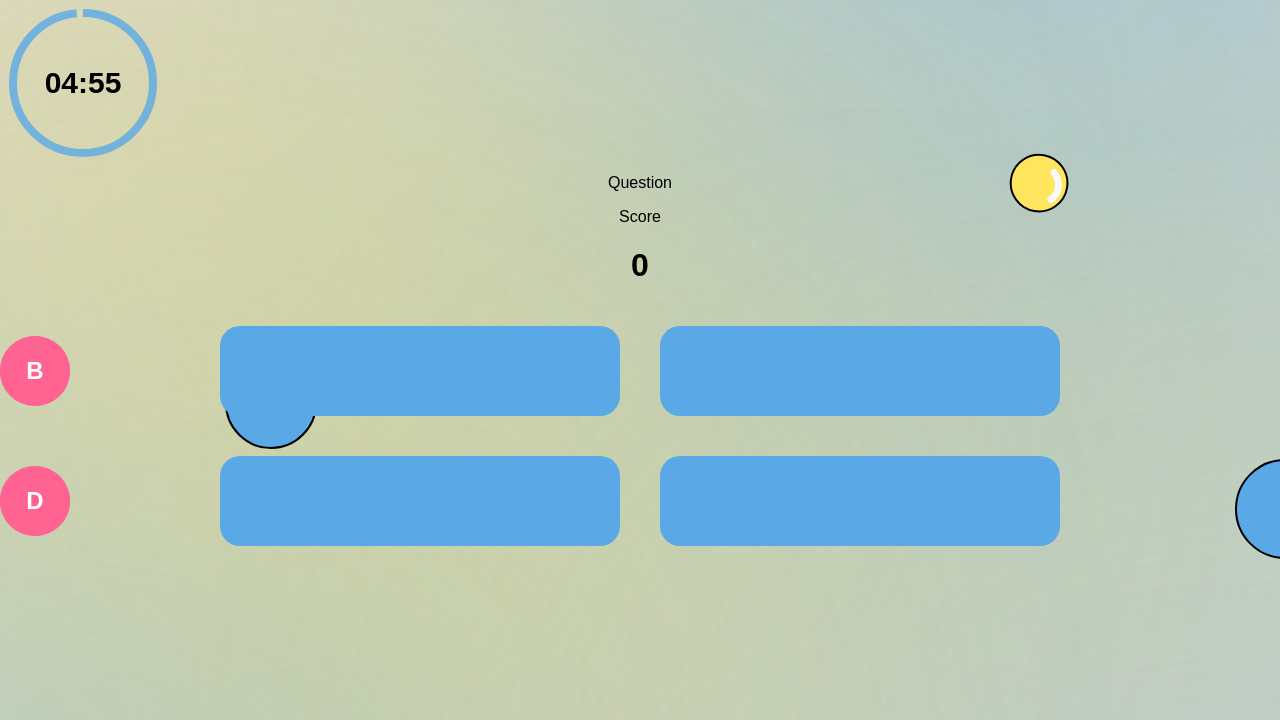
Repository: sierralaurent/SmartiePants
Page: quiz.html
These files come from the project's save history. The page is drawn as it stood at one moment and after a run of saves; the edit follows.
The browser window is 1280 px wide. The pictures show the whole page.
The page's requests for data from a server got no answer.

Above is the page before, as saved 2023-05-16 21:58:52.

After the next 2 saves:
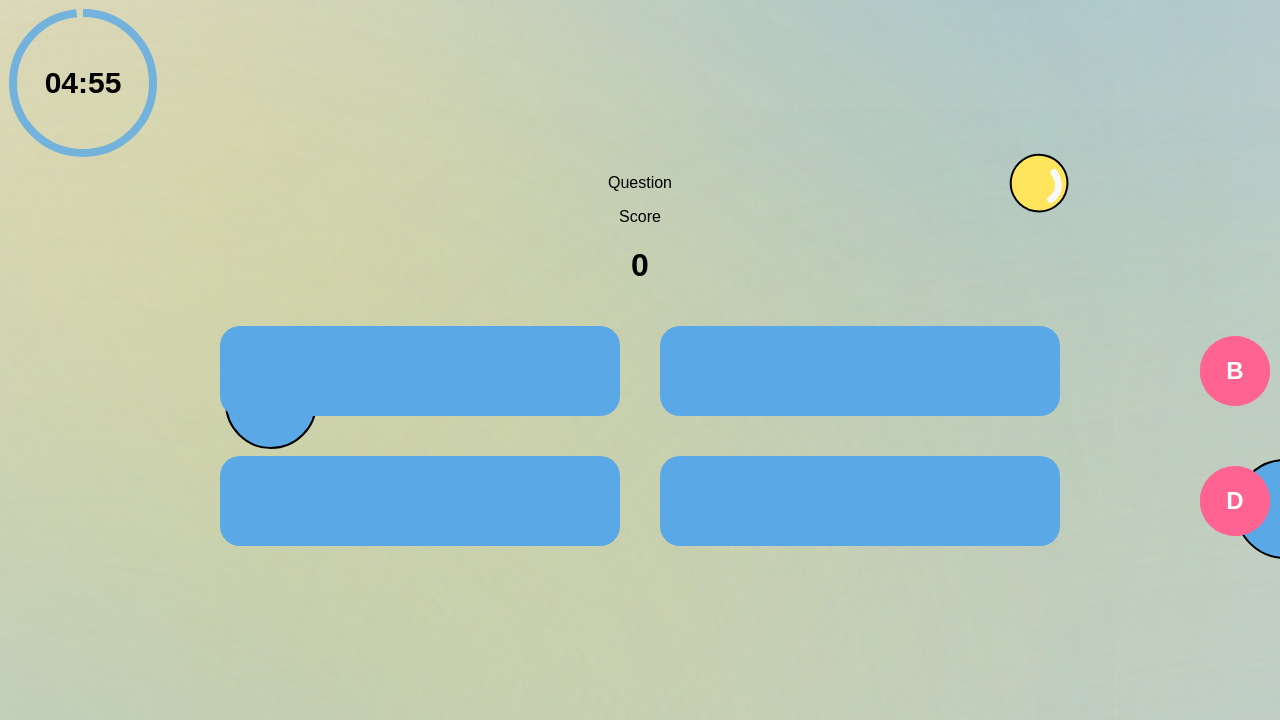
The 2 saves are shown as one change because they came seconds apart.
The last was saved 12 s later.
--- a/quiz.css
+++ b/quiz.css
@@ -78,5 +78,5 @@ body {
   justify-content: center;
   font-size: 24px;
 position: absolute; /* Position the circle absolutely */
-  left: 0px;
+  right: 10px;
 }
